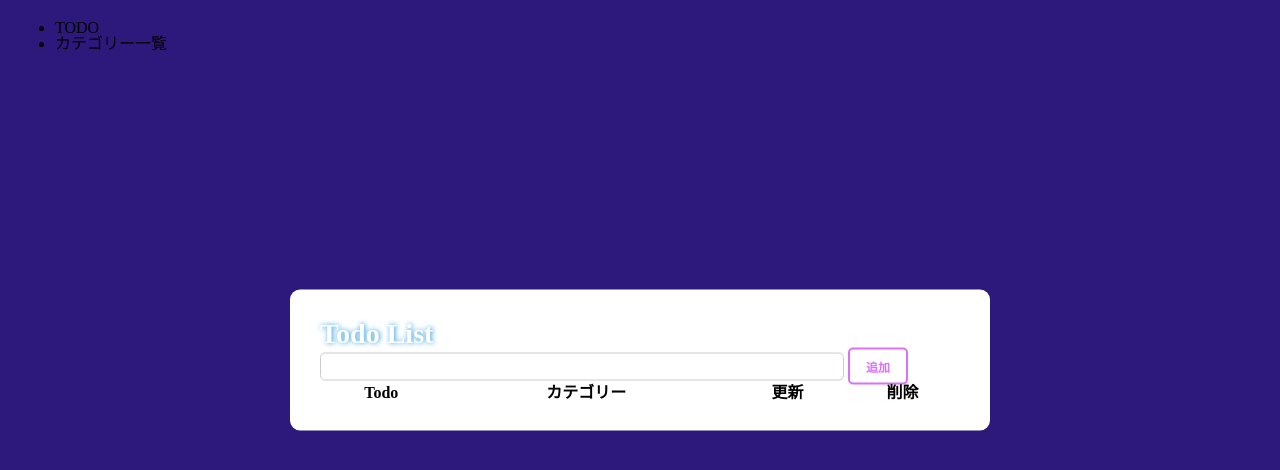
Repository: azuma2/cate
Page: http://localhost/
An editor plug-in stored every save of this project. The page is shown before and after the next save, followed by the edit.
The browser window is 1280 px wide. The pictures show the whole page.
The page is served by the project's Laravel application, run on PHP 8.4 with Laravel 8. Other server files are loaded and not shown. Queries for data that is not in the repository find no rows.

Above is the page before, as saved 2022-05-17 02:37:02.

### routes/web.php
<?php

use Illuminate\Support\Facades\Route;
use App\Http\Controllers\TodoController;
use App\Http\Controllers\CateController;


Route::get('/', [TodoController::class, 'index']);
Route::post('/todo/create', [TodoController::class, 'create']);
Route::post('/todo/update', [TodoController::class, 'update']);
Route::post('/todo/delete', [TodoController::class, 'remove']);
Route::post('/todo/search', [TodoController::class, 'search']);
Route::post('/cate/create', [CateController::class, 'post']);
Route::post('/cate/update', [CateController::class, 'update']);
Route::post('/cate/delete', [CateController::class, 'remove']);
Route::post('/cate/search', [CateController::class, 'search']);

### app/Http/Controllers/TodoController.php
<?php

namespace App\Http\Controllers;

use App\Models\Todo;
use App\Models\Cate;
use Illuminate\Http\Request;
use Illuminate\Support\Facades\DB;

class TodoController extends Controller
{
    public function index()
    {
        $items = Todo::all();
        $items = DB::select('select * from todos');

        return view('index', ['items' => $items]);
    }

    public function create(Request $request)
    {
        $param = ['content' => $request->content,];
        $this->validate($request, Todo::$rules);

        DB::insert('insert into todos (content) values (:content)', $param);
        return redirect('/');
    }

    public function update(Request $request)
    {
         $param = [
            'id' => $request->id,
            'content' => $request->content,

        ];
        $this->validate($request, Todo::$rules);
        DB::update('update todos set content =:content where id =:id', $param);
        return redirect('/');
    }

    public function remove(Request $request)
    {
        $param = ['id' => $request->id];
        DB::delete('delete from todos where id =:id', $param);
        return redirect('/');
    }

}

### app/Models/todo.php
<?php


namespace App\Models;

use Illuminate\Database\Eloquent\Factories\HasFactory;
use Illuminate\Database\Eloquent\Model;
use App\Models\Cate;

class Todo extends Model
{
    use HasFactory;

    protected $fillable = ['cate_id', 'content'];

    public static $rules = array(
        'cate_id' => 'text',
        'content' => 'required|max:20',
    );

    public function cate(){
        return $this->belongsTo('App\Models\cate');
    }


}

### resources/views/index.blade.php
<!DOCTYPE html>
<html lang="ja">
<head>
    <meta charset="UTF-8">
    <meta http-equiv="X-UA-Compatible" content="IE=edge">
    <meta name="viewport" content="width=device-width, initial-scale=1.0">
    <link rel="stylesheet" href="{{ asset('\resources\views\reset.css') }}" >
    <title>@yield('title')</title>
    <style>
    body {
      font-size:16px;
      margin: 5px;
      background-color: #2d197c;
    }

header{
  margin-left:50px;
  margin-top:20px;
}


    td {
      padding: 5px 10px;
      text-align: center;
    }

    .narabe{
      display:flex;
        flex-flow: column;
    }

    .button {
    text-align: left;
    border: 2px solid #dc70fa;
    font-size: 12px;
    color: #dc70fa;
    background-color: #fff;
    font-weight: bold;
    padding: 8px 16px;
    border-radius: 5px;
    cursor: pointer;
    transition: 0.4s;
    outline: none;
}
.input-add {
    width: 80%;
    padding: 5px;
    border-radius: 5px;
    border: 1px solid #ccc;
    appearance: none;
    font-size: 14px;
    outline: none;
}
.input-update {
    width: 90%;
    padding: 5px;
    border-radius: 5px;
    border: 1px solid #ccc;
    appearance: none;
    font-size: 14px;
    outline: none;
}
    .card {
    background-color: #fff;
    width: 50vw;
    padding: 30px;
    position: absolute;
    top: 50%;
    left: 50%;
    transform: translate(-50%, -50%);
    border-radius: 10px;
}
    h2 {
      font-size:28px;
      color:white;
      text-shadow:1px 0 5px #289ADC;
      margin-left: 1px;
      margin: 0;
    }
    .content {
      margin:10px;
    }
    </style>
  </head>
  <body>
  <header>
    <div class="head">
      <ul>
        <li class="head1">TODO</li>
        <li class="head2">カテゴリー一覧</li>
      </ul>
    </div>
  </header>
  <div class="container">
    <div class="card">
      <h2 class="title">Todo List</h2>
            <div class="todo">
              @if ($errors->has('content'))
                  <tr>
                    <th>ERROR</th>
                  <td>
                  {{$errors->first('content')}}
                </td>
            </tr>
          @endif
        <form action="/todo/create" method="post">
            @csrf
          <input type="text" class="input-add" name="content">
          <input class="button" type="submit" value="追加" />
        </form>
          <div class="narabe">
        <table>
            @csrf
          <tr>
            <th>Todo</th>
            <th>カテゴリー</th>
            <th>更新</th>
            <th>削除</th>
          </tr>

                    <tr>
            @foreach ($items as $item)

            <td>

            </td>

            <form action="/todo/update" method="post">
              @csrf
              <td>
                <input type="text" class="input-update" value="{{$item->content}}" name="content" />
              </td>
              <td>
                <input type="hidden"  name="id" value="{{$item->id}}">
                <input class="button" type="submit" value="更新" >
              </td>
            </form>
            <td>
              <form action="/todo/delete" method="post" >
                    @csrf
                <input  type="hidden" name="id" value="{{$item->id}}" >
                <input class="button" type="submit" value="削除" >
              </form>
            </td>
            </div>
          </tr>
          @endforeach
        </table>
      </div>
    </div>
  </div>
  </div>

</body>
</html>

### resources/views/reset.css
/*
html5doctor.com Reset Stylesheet
v1.6.1
Last Updated: 2010-09-17
Todo: Richard Clark - http://richclarkdesign.com
Twitter: @rich_clark
*/

html, body, div, span, object, iframe,
h1, h2, h3, h4, h5, h6, p, blockquote, pre,
abbr, address, cite, code,
del, dfn, em, img, ins, kbd, q, samp,
small, strong, sub, sup, var,
b, i,
dl, dt, dd, ol, ul, li,
fieldset, form, label, legend,
table, caption, tbody, tfoot, thead, tr, th, td,
article, aside, canvas, details, figcaption, figure,
footer, header, hgroup, menu, nav, section, summary,
time, mark, audio, video {
    margin:0;
    padding:0;
    border:0;
    outline:0;
    font-size:100%;
    vertical-align:baseline;
    background:transparent;
}

body {
    line-height:1;
}

article,aside,details,figcaption,figure,
footer,header,hgroup,menu,nav,section {
    display:block;
}

nav ul {
    list-style:none;
}

blockquote, q {
    quotes:none;
}

blockquote:before, blockquote:after,
q:before, q:after {
    content:'';
    content:none;
}

a {
    margin:0;
    padding:0;
    font-size:100%;
    vertical-align:baseline;
    background:transparent;
}

/* change colours to suit your needs */
ins {
    background-color:#ff9;
    color:#000;
    text-decoration:none;
}

/* change colours to suit your needs */
mark {
    background-color:#ff9;
    color:#000;
    font-style:italic;
    font-weight:bold;
}

del {
    text-decoration: line-through;
}

abbr[title], dfn[title] {
    border-bottom:1px dotted;
    cursor:help;
}

table {
    border-collapse:collapse;
    border-spacing:0;
}

/* change border colour to suit your needs */
hr {
    display:block;
    height:1px;
    border:0;
    border-top:1px solid #cccccc;
    margin:1em 0;
    padding:0;
}

input, select {
    vertical-align:middle;
}

Loaded but not shown: app/Http/Controllers/Controller.php (common file)

After the next save:
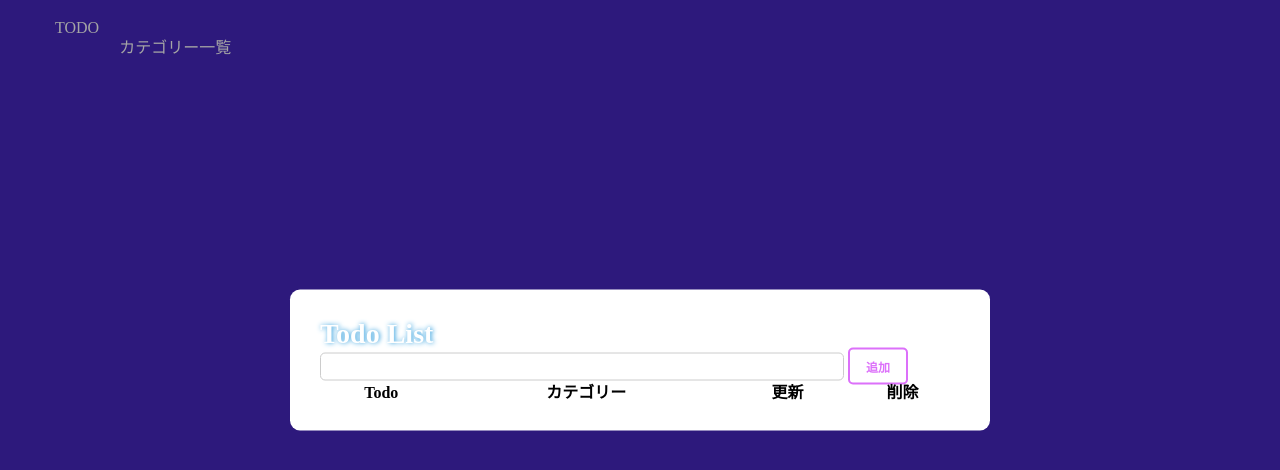
Saved 25 s later.
--- a/resources/views/index.blade.php
+++ b/resources/views/index.blade.php
@@ -18,7 +18,22 @@ header{
   margin-top:20px;
 }
 
+.head {
+  color: #a5a5a5;
+  display: flex;
+  justify-content: space-between;
 
+}
+.head2 {
+  padding: 10px;
+  margin: 10px;
+
+}
+
+ul{
+   display: flex;
+    list-style: none;
+}
     td {
       padding: 5px 10px;
       text-align: center;
